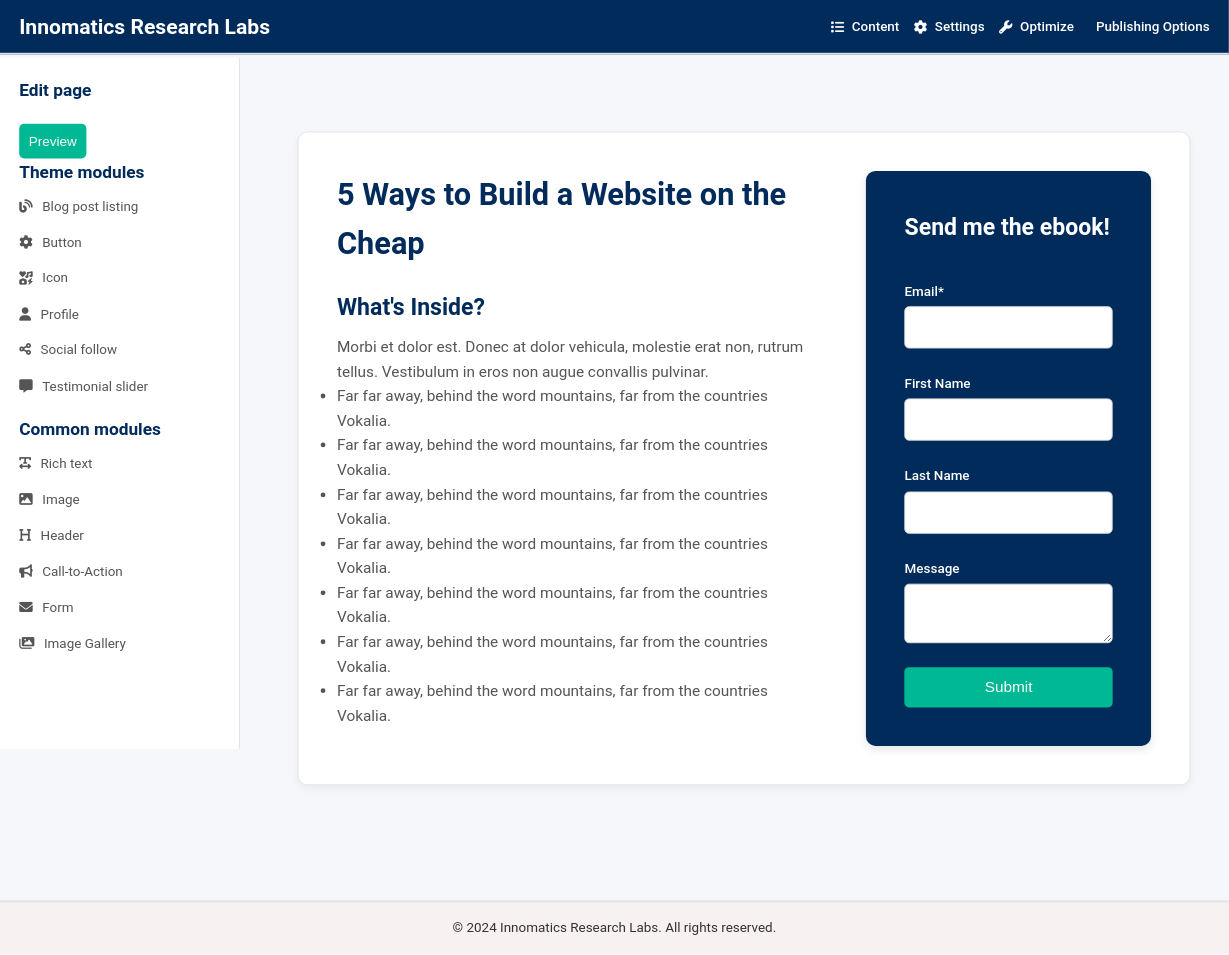
Repository: viveknaidu007/repo-152-FSD-InnomaticsTasksSep2024
Page: task_4/index.html
The author's editor kept a copy of each file at every save. The page is drawn from the files as they stood at one save, then again after the next save.
The browser window is 1280 px wide. The pictures show the whole page, at 96% of full size.

Above is the page before, as saved 2024-10-02 12:44:30.

After the next save:
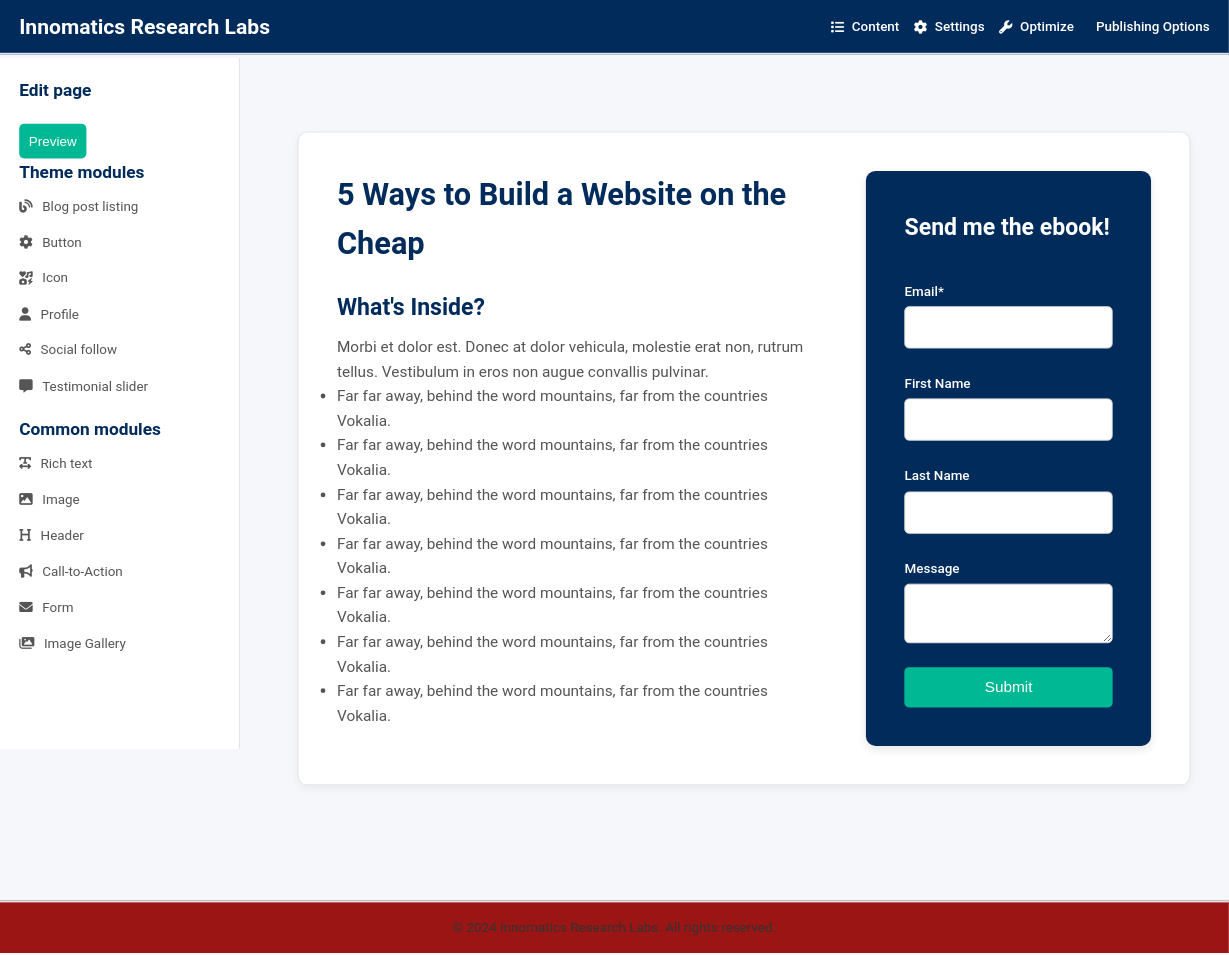
Saved 13 s later.
--- a/task_4/style.css
+++ b/task_4/style.css
@@ -224,7 +224,7 @@ button:hover {
 /* Footer */
 footer {
     text-align: center;
-    background-color: #f8f1f1;
+    background-color: #9b1515;
     padding: 15px;
     font-size: 14px;
     color: #333;
